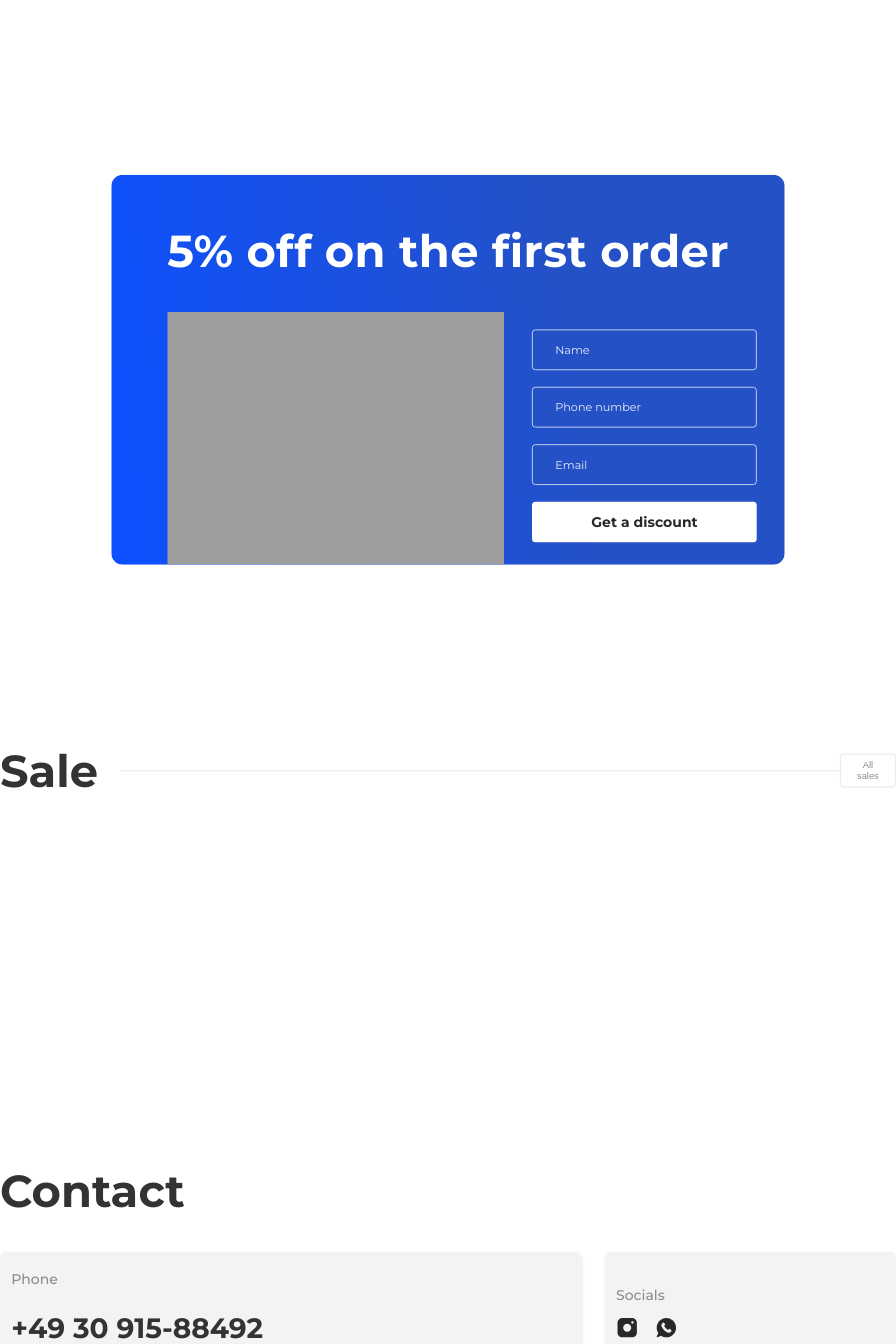
Repository: jursylian/PET-INTERNET-SHOP-PROJECT
Page: /
These files come from the project's save history. The page is drawn as it stood at one moment and after the next save; the edit follows.
The browser window is 1280 px wide. The pictures show the part of the page from y = 1284 to 3204 px (the page is 3881 px tall before and 3940 px after), at 70% of full size.
Pictures or frames that could not be fetched are drawn as grey boxes. The page's requests for data from a server got no answer. The project was rebuilt for these pictures with package versions that can differ from the ones it lists, and the page was loaded fresh each time. No one was signed in, and anything a server would have sent is missing. Also part of the build but not shown: vite.config.js, src/pages/CategoriesAll/CategoriesAll.module.css, src/layouts/PageSection/PageSection.module.css, src/layouts/PageSection/PageSection.jsx, src/pages/CategoriesAll/CategoriesAll.jsx, src/redux/productsSelectors.js, src/components/ProductFilter/ProductFilter.module.css, src/components/ProductFilter/ProductFilter.jsx and 22 more.

Above is the page before, as saved 2025-11-06 18:25:54.

### index.html
<!DOCTYPE html>
<html lang="en">
  <head>
    <meta charset="UTF-8" />
    <link rel="icon" type="image/svg+xml" href="/vite.svg" />
    <link
      href="https://fonts.googleapis.com/css2?family=Montserrat:wght@400;500;700&display=swap"
      rel="stylesheet"
    />

    <meta name="viewport" content="width=device-width, initial-scale=1.0" />
    <title>pet-internet-shop-project</title>
  </head>
  <body>
    <div id="root"></div>
    <script type="module" src="/src/main.jsx"></script>
  </body>
</html>

### src/main.jsx
import React from "react";
import ReactDOM from "react-dom/client";
import App from "./App";
import { Provider } from "react-redux";
import store from "./redux/store";
import { BrowserRouter } from "react-router-dom";
import "./index.css";

ReactDOM.createRoot(document.getElementById("root")).render(
  <BrowserRouter>
    <Provider store={store}>
      <App />
    </Provider>
  </BrowserRouter>
);

### src/App.jsx
import "./App.css";
import AppRouter from "./router/AppRouter";

function App() {
  return (
    <>
      <AppRouter />
    </>
  );
}

export default App;

### src/index.css
* {
  margin: 0;
  padding: 0;
  box-sizing: border-box;
}

body {
  font-family: "Montserrat";
  font-size: 16px;
  line-height: 1.5;
  color: #333;
}

.text-decoration-none {
  text-decoration: none;
}

### src/router/AppRouter.jsx
import { Routes, Route } from "react-router-dom";
import MainLayout from "../layouts/MainLayout/MainLayout";

import Home from "../pages/Home/Home";
import CategoriesAll from "../pages/CategoriesAll/CategoriesAll";
import AllProducts from "../pages/AllProducts/AllProducts";
import ProductDescription from "../pages/ProductDescription/ProductDescription";
import Cart from "../pages/Cart/Cart";
import NotFound from "../pages/NotFound/NotFound";
import AllSales from "../pages/AllSales/AllSales";
import CategoryPage from "../pages/CategoryPage/CategoryPage";

function AppRouter() {
  return (
    <Routes>
      <Route element={<MainLayout />}>
        <Route path="/" element={<Home />} />
        <Route path="/categories" element={<CategoriesAll />} />
        <Route path="/categories/:categoryId" element={<CategoryPage />} />
        <Route path="/discounts" element={<AllSales />} />
        <Route path="/products" element={<AllProducts />} />
        <Route path="/product/:productId" element={<ProductDescription />} />
        <Route path="/cart" element={<Cart />} />
        <Route path="*" element={<NotFound />} />
      </Route>
    </Routes>
  );
}

export default AppRouter;

### src/layouts/MainLayout/MainLayout.jsx
import { Outlet } from "react-router-dom";
import Header from "../Header/Header";
import Footer from "../Footer/Footer";

export default function MainLayout() {
  return (
    <>
      <Header />
      <main className="container mx-auto p-4 min-h-[80vh]">
        <Outlet />
      </main>
      <Footer />
    </>
  );
}

### src/pages/Home/Home.jsx
import Categories from "../../components/Categories/Categories";
import PromoBanner from "../../components/PromoBanner/PromoBanner";
import DiscountForm from "../../components/DiscountForm/DiscountForm";
import Sales from "../../components/Sales/Sales";
import styles from "./Home.module.css";

function Home() {
  return (
    <main className={styles.wrapper}>
      <PromoBanner />
      <Categories />
      <DiscountForm />
      <Sales />
    </main>
  );
}

export default Home;

### src/layouts/Header/Header.jsx
import { Link, NavLink, useLocation } from "react-router-dom";
import { useSelector } from "react-redux";
import styles from "./Header.module.css";
import logo from "../../assets/logo.svg";
import cartIcon from "../../assets/cart-icon.svg";

function Header() {
  const items = useSelector((state) => state.cart.items);
  const totalQuantity = items.reduce((sum, item) => sum + item.quantity, 0);
  const location = useLocation();

  const currentPath = location.pathname;

  return (
    <header
      className={`${styles.header} ${
        currentPath !== "/" ? styles.withDivider : ""
      }`}
    >
      <div className={styles.left}>
        <Link to="/" className={styles.logo}>
          <img src={logo} alt="Логотип" />
        </Link>
      </div>

      <nav className={styles.nav}>
        {currentPath === "/" ? (
          <span className={styles.inactive}>Main Page</span>
        ) : (
          <NavLink to="/" end>
            Main Page
          </NavLink>
        )}

        {currentPath === "/categories" ? (
          <span className={styles.inactive}>Categories</span>
        ) : (
          <NavLink to="/categories">Categories</NavLink>
        )}

        {currentPath === "/products" ? (
          <span className={styles.inactive}>All Products</span>
        ) : (
          <NavLink to="/products">All Products</NavLink>
        )}

        {currentPath === "/discounts" ? (
          <span className={styles.inactive}>All Sales</span>
        ) : (
          <NavLink to="/discounts">All Sales</NavLink>
        )}
      </nav>

      <div className={styles.right}>
        <Link to="/cart" className={styles.cart}>
          <img src={cartIcon} alt="Корзина" />
          {totalQuantity > 0 && (
            <span className={styles.count}>{totalQuantity}</span>
          )}
        </Link>
      </div>
    </header>
  );
}

export default Header;

### src/layouts/Footer/Footer.jsx
import styles from "./Footer.module.css";
import chatIcon from "../../assets/ic-instagram.svg";
import phoneIcon from "../../assets/ic-whatsapp.svg";

export default function Footer() {
  return (
    <footer className={styles.footer}>
      <h3 className={styles.contact}>Contact</h3>
      <div className={styles.info}>
        <div className={styles.container}>
          <div className={styles.card}>
            <p className={styles.text}>Phone</p>
            <p className={styles.textInfo}>+49 30 915-88492</p>
          </div>
          <div className={styles.icons}>
            <p className={styles.text}>Socials</p>
            <div className={styles.socialsMedien}>
              <img src={chatIcon} alt="Chat" />
              <img src={phoneIcon} alt="Phone" />
            </div>
          </div>
        </div>

        <div className={styles.container}>
          <div className={styles.card}>
            <p className={styles.text}>Address</p>
            <p className={styles.textInfo}>
              Wallstraẞe 9-13, 10179 Berlin, Deutschland
            </p>
          </div>
          <div className={styles.icons}>
            <p className={styles.text}>Working Hours</p>
            <p className={styles.textInfo}>24 hours a day</p>
          </div>
        </div>
      </div>
      <div className={styles.map}>
        <iframe
          className={styles.iframe}
          src="https://www.google.com/maps/embed?pb=!1m18!1m12!1m3!1d3642.428115488763!2d13.40018838277564!3d52.5113162995337!2m3!1f0!2f0!3f0!3m2!1i1024!2i768!4f13.1!3m3!1m2!1s0x47a84e27db4748a5%3A0x1d538c01013c2c7!2sWallstra%C3%9Fe%209-13%2C%2010179%20Berlin!5e0!3m2!1suk!2sde!4v1760550313224!5m2!1suk!2sde"
          width="600"
          height="450"
          style={{ border: 0 }}
          allowFullScreen=""
          loading="lazy"
          referrerPolicy="no-referrer-when-downgrade"
        ></iframe>
      </div>
    </footer>
  );
}

### src/components/Categories/Categories.jsx
import { useNavigate } from "react-router-dom";
import { useEffect, useState } from "react";
import axios from "axios";
import styles from "./Categories.module.css";

const Categories = () => {
  const navigate = useNavigate();
  const [categories, setCategories] = useState([]);

  useEffect(() => {
    const fetchCategories = async () => {
      try {
        const res = await axios.get("http://localhost:3333/categories/all");
        setCategories(res.data.slice(0, 4));
      } catch (err) {
        console.error("Ошибка загрузки категорий:", err);
      }
    };

    fetchCategories();
  }, []);

  return (
    <section className={styles.categories}>
      <div className={styles.header}>
        <h2 className={styles.title}>Categories</h2>
        <div className={styles.line}></div>
        <button
          onClick={() => navigate("/categories")}
          className={styles.showAllBtn}
        >
          All categories
        </button>
      </div>

      <div className={styles.cards}>
        {categories.map(({ id, title, image }) => (
          <div
            key={id}
            className={styles.card}
            onClick={() => navigate(`/categories/${id}`)}
          >
            <img
              src={`http://localhost:3333${image}`}
              alt={title}
              className={styles.image}
            />
            <p className={styles.label}>{title}</p>
          </div>
        ))}
      </div>
    </section>
  );
};

export default Categories;

### src/components/PromoBanner/PromoBanner.jsx
import { Link } from "react-router-dom";
import styles from "./PromoBanner.module.css";
import bannerImage from "../../assets/background.png";

function PromoBanner() {
  return (
    <section className={styles.hero}>
      <img src={bannerImage} alt="Баннер" className={styles.image} />

      <div className={styles.content}>
        <h1>
          Amazing Discounts <br />
          on Pets Products!
        </h1>

        <Link to="/discounts" className={styles.button}>
          Check out
        </Link>
      </div>
    </section>
  );
}

export default PromoBanner;

### src/pages/Home/Home.module.css
/* Home.module.css */
.wrapper {
  display: flex;
  flex-direction: column;
  gap: 80px;
  padding: 40px 0;
}

.section {
  display: flex;
  flex-direction: column;
  gap: 24px;
}

.title {
  font-size: 28px;
  font-weight: 600;
}

.grid {
  display: grid;
  grid-template-columns: repeat(auto-fill, minmax(220px, 1fr));
  gap: 24px;
}

.message {
  font-size: 16px;
  color: #555;
}

### src/layouts/Header/Header.module.css
.header {
  display: flex;
  align-items: center;
  justify-content: space-between;
  padding: 40px 80px;
  height: 128px;
  width: 100%;
  position: relative;
  background-color: #fff;
  z-index: 10;
}

.withDivider {
  border-bottom: 1px solid #e5e5e5;
}

.left,
.right {
  flex: 1;
  display: flex;
  align-items: center;
}

.left {
  justify-content: flex-start;
}

.right {
  justify-content: flex-end;
}

.logo img {
  height: 70px;
  display: block;
  transition: transform 0.3s ease;
}

.logo img:hover {
  transform: scale(1.2);
}

.nav {
  flex: 2;
  display: flex;
  justify-content: center;
  align-items: center;
  gap: 44px;
}

.nav a {
  text-decoration: none;
  color: #282828;
  font-weight: 500;
  font-size: 20px;
  transition: color 0.2s ease;
}

.nav a:hover {
  color: #007bff;
}

.active {
  color: #007bff;
  font-weight: 600;
}

.inactive {
  color: #8b8b8b;
  font-weight: 500;
  font-size: 20px;
  cursor: default;
  text-decoration: none;
  pointer-events: none;
}

.inactive:hover {
  color: #8b8b8b;
}

.cart {
  position: relative;
  display: flex;
  align-items: center;
}

.cart img {
  height: 44px;
}

.count {
  position: absolute;
  top: 0;
  left: -6px;
  background-color: #007bff;
  color: white;
  border-radius: 50%;
  font-size: 12px;
  font-weight: bold;
  width: 22px;
  height: 22px;
  display: flex;
  align-items: center;
  justify-content: center;
}

### src/layouts/Footer/Footer.module.css
.footer {
  width: 100%;
  max-width: 1360px;
  margin: 0 auto;
  padding-bottom: 10px;
}

.contact {
  font-size: 64px;
  margin-bottom: 40px;
}
.card {
  height: auto;
  background-color: #f1f3f4;
  display: flex;
}

.card p,
.icons p {
  margin: 0.5rem 0;
}
.icons {
  width: 100%;
  max-width: 100%;

  height: auto;
  background-color: #f1f3f4;
}
.card,
.icons {
  background-color: #f1f3f4;
  padding: 1rem;
  border-radius: 8px;
  box-shadow: 0 2px 6px rgba(0, 0, 0, 0.05);
  display: flex;
  flex-direction: column;
  justify-content: center;
  gap: 0.5rem;
  transition: transform 0.3s ease, box-shadow 0.3s ease;

  flex: 1;
  min-height: 150px;
  height: 100%;
}
.card:hover,
.icons:hover {
  transform: translateY(-8px) scale(1.02);
  box-shadow: 0 8px 20px rgba(0, 0, 0, 0.1);
}

.container {
  display: grid;
  grid-template-columns: 2fr 1fr;
  gap: 32px;
  margin-bottom: 32px;
}
.icons img {
  width: 32px;
  height: 32px;
  object-fit: contain;
  transition: transform 0.3s ease;
  margin-right: 8px;
}
.text {
  font-family: Montserrat;
  font-weight: 500;
  font-style: Medium;
  font-size: 20px;
  color: #8b8b8b;
}
.textInfo {
  font-family: Montserrat;
  font-weight: 600;
  font-style: SemiBold;
  font-size: 40px;

  letter-spacing: 0%;
}
.socialsMedien {
  display: flex;
  flex-direction: row;
  gap: 16px;
}
.iframe {
  width: 100%;
  max-width: 100%;
  height: 350px;
  border-radius: 8px;
  display: block;
}
@media (max-width: 1024px) {
  .container {
    display: flex;
    flex-direction: column;
    gap: 32px;
  }
  .contact {
    font-size: 44px;
    text-align: center;
  }
  .card,
  .icons {
    width: 100%;
    min-height: 300px;
    height: auto;
  }

  .footer {
    margin-left: 1rem;
    margin-right: 1rem;
  }
  .iframe {
    height: 300px;
  }
}

@media (max-width: 600px) {
  .container {
    display: flex;
    flex-direction: column;
    gap: 32px;
  }
  .contact {
    font-size: 34px;
    margin-bottom: 10px;
    text-align: center;
  }

  .textInfo {
    font-size: 24px;
    text-align: calc();
  }

  .text {
    font-size: 16px;
    text-align: center;
  }
  .socialsMadien {
    justify-content: center;
    flex-wrap: wrap;
  }
  .icons img {
    width: 28px;
    height: 28px;
  }
  .iframe {
    height: 250px;
  }
  .card,
  .icons {
    flex-direction: column;
    align-items: center;
    width: 100%;
  }
}

### src/components/Categories/Categories.module.css
.categories {
  height: auto;
  min-height: 560px;
  border-radius: 10px;
  width: 100%;
  max-width: 1360px;
  margin: 0 auto;
  padding-bottom: 10px;
  margin-top: 106px;
}

.header {
  display: flex;
  align-items: center;
  margin-bottom: 40px;
  gap: 0; /* чтобы элементы были вплотную */
}

.title {
  font-family: Montserrat;
  font-weight: 700;
  font-size: 64px;
  margin-right: 32px;
  white-space: nowrap;
}

.line {
  flex: 1;
  height: 1px;
  background-color: #dddddd;
  margin-right: -1px; /* чтобы линия прямо “врезалась” в кнопку */
}

.showAllBtn {
  border: 1px solid #dddddd;
  border-radius: 5px;
  background-color: white;
  padding: 8px 16px;
  color: #8b8b8b;
  cursor: pointer;
  transition: all 0.3s ease;
  margin-left: 0; /* убираем отступ между линией и кнопкой */
}

.showAllBtn:hover {
  background-color: #7e7b7b;
  color: white;
  transform: translateY(-2px);
  box-shadow: 0 4px 8px rgba(0, 0, 0, 0.1);
}

.showAllBtn:active {
  background-color: #0d50ff;
  transform: scale(0.98);
  box-shadow: inset 0 2px 4px rgba(0, 0, 0, 0.2);
}

.cards {
  display: flex;
  flex-wrap: wrap;
  gap: 32px;
  justify-content: center;
}

.card {
  position: relative;
  text-align: center;
  cursor: pointer;
}

.image {
  width: 316px;
  height: 350px;
  object-fit: cover;
  border-radius: 12px;
  transition: transform 0.3s ease, box-shadow 0.3s ease;
}

.image:hover {
  transform: translateY(-6px) scale(1.1);
  box-shadow: 0 8px 16px rgba(0, 0, 0, 0.1);
}

.label {
  font-weight: 500;
  font-size: 20px;
  color: #282828;
  margin-top: 16px;
  line-height: 130%;
}

@media (max-width: 768px) {
  .header {
    flex-direction: column;
    align-items: center;
    gap: 16px;
  }

  .title {
    font-size: 36px;
    margin-right: 0;
  }

  .line {
    width: 100%;
    margin-right: 0;
  }

  .showAllBtn {
    font-size: 14px;
    padding: 6px 10px;
  }

  .cards {
    flex-direction: column;
    align-items: center;
    gap: 20px;
  }
}

### src/components/PromoBanner/PromoBanner.module.css
.hero {
  position: relative;
  width: 100%;
  height: 520px;
  overflow: hidden;
  margin-top: -40px;
}

.image {
  position: absolute;
  top: 0;
  left: 0;
  width: 100%;
  height: 100%;
  object-fit: cover;
  z-index: 1;
}

.content {
  position: relative;
  z-index: 2;
  color: #fff;
  text-align: left;
  padding-left: 80px;
  transform: translateY(50px);
}

.content h1 {
  font-size: 96px;
  font-weight: 700;
  margin-bottom: 40px;
  line-height: 1.1;
}

.button {
  display: inline-block;
  background: #0d50ff;
  color: #fff;
  font-weight: 600;
  font-size: 20px;
  border: none;
  border-radius: 8px;
  cursor: pointer;
  transition: background-color 0.2s ease, transform 0.2s ease;
  padding: 16px 36px;
  text-decoration: none;
  box-sizing: border-box;
}

.button:hover {
  background-color: #0036cc;
  transform: translateY(-3px);
  box-shadow: 0px 12px 20px rgba(13, 80, 255, 0.4);
}

### src/ui/Input/Input.jsx
import styles from "./Input.module.css";

const Input = ({
  type = "text",
  name,
  placeholder,
  value,
  onChange,
  error,
}) => {
  return (
    <div className={styles.field}>
      <input
        type={type}
        name={name}
        placeholder={placeholder}
        value={value}
        onChange={onChange}
        className={`${styles.input} ${error ? styles.errorBorder : ""}`}
      />
      {error && <p className={styles.error}>{error}</p>}
    </div>
  );
};

export default Input;

### src/ui/Button/Button.jsx
import { useState } from "react";
import styles from "./Button.module.css";

const Button = ({ children, onClick, type = "button", disabled = false }) => {
  const [submitted, setSubmitted] = useState(false);

  const handleClick = async (e) => {
    if (onClick) {
      const result = await onClick(e);

      if (result === true) {
        setSubmitted(true);
        setTimeout(() => setSubmitted(false), 3000);
      }
    }
  };

  return (
    <button
      type={type}
      onClick={handleClick}
      className={`${styles.button} ${submitted ? styles.submitted : ""}`}
      disabled={disabled || submitted}
    >
      {submitted ? "Request submitted" : children}
    </button>
  );
};

export default Button;

### src/components/DiscountForm/DiscountForm.module.css
.wrapper {
  max-width: 1395px;
  margin: 60px auto;
  border-radius: 16px;
  overflow: hidden;
}

.discountSection {
  position: relative;
  background: linear-gradient(261.47deg, #2451c6 32.63%, #0d50ff 98.96%);
  border-radius: 16px;
  padding: 60px 80px 0;
  display: flex;
  flex-direction: column;
  justify-content: space-between;
  min-height: 485px;
  overflow: hidden;
}

.title {
  color: #ffffff;
  font-weight: 800;
  font-size: 64px;
  text-align: center;
  margin-bottom: 40px;
  letter-spacing: 0.5px;
}

.content {
  display: flex;
  justify-content: space-between;
  align-items: flex-end;
  position: relative;
  gap: 40px;
}

.imageWrap {
  flex: 0 0 60%;
  display: flex;
  align-items: flex-end;
  justify-content: flex-start;
}

.animals {
  width: 100%;
  height: auto;
  object-fit: contain;
  margin-bottom: 0;
}

.form {
  flex: 0 0 40%;
  display: flex;
  flex-direction: column;
  gap: 24px;
  align-items: stretch;
  justify-content: flex-end;
  padding-bottom: 32px;
}

@media (max-width: 1024px) {
  .discountSection {
    padding: 40px 24px;
  }

  .title {
    font-size: 42px;
    margin-bottom: 24px;
  }

  .content {
    flex-direction: column;
    align-items: center;
    gap: 32px;
  }

  .form {
    width: 100%;
    max-width: 380px;
    padding-bottom: 20px;
  }

  .imageWrap {
    justify-content: center;
  }

  .animals {
    width: 90%;
    transform: translateY(10px);
  }
}

@media (max-width: 600px) {
  .title {
    font-size: 32px;
  }

  .form {
    gap: 16px;
  }
}

### src/ui/Input/Input.module.css
.field {
  width: 100%;
  display: flex;
  flex-direction: column;
}

.input {
  padding: 16px 32px;
  width: 100%;
  height: 58px;
  border-radius: 5px;
  border: 1px solid #ffffff;
  background-color: #2451c6;
  color: #ffffff;
  font-size: 18px;
  font-family: Montserrat;
}

.input::placeholder {
  color: white;
  opacity: 0.9;
  font-size: 16px;
}

.error {
  font-size: 14px;
  color: #ffcccc;
  margin-top: 4px;
}

.errorBorder {
  border-color: #ff5555;
}

### src/ui/Button/Button.module.css
.button {
  padding: 16px 32px;
  width: 100%;
  height: 58px;
  font-family: Montserrat, sans-serif;
  font-weight: 600;
  font-size: 20px;
  border: none;
  border-radius: 5px;
  cursor: pointer;
  background-color: #fff;
  color: #282828;
  transition: all 0.3s ease;
}

/* при наведении */
.button:hover {
  background-color: #282828;
  color: #fff;
}

/* активное состояние (после отправки) */
.button.submitted {
  background-color: #fff;
  color: #0d50ff;
  border: 2px solid #0d50ff;
  cursor: default;
  transition: all 0.3s ease;
}

/* убираем hover для состояния submitted */
.button.submitted:hover {
  background-color: #fff;
  color: #0d50ff;
}

Loaded but not shown: src/redux/productSlice.js (51 lines, source omitted); src/redux/cartSlice.js (38 lines, source omitted); src/redux/store.js (12 lines, source omitted); src/components/DiscountForm/DiscountForm.jsx (91 lines, source omitted); src/components/Sales/Sales.jsx (89 lines, source omitted); src/components/Sales/Sales.module.css (156 lines, source omitted); src/App.css (no stored copy; drawn as an empty file)

After the next save:
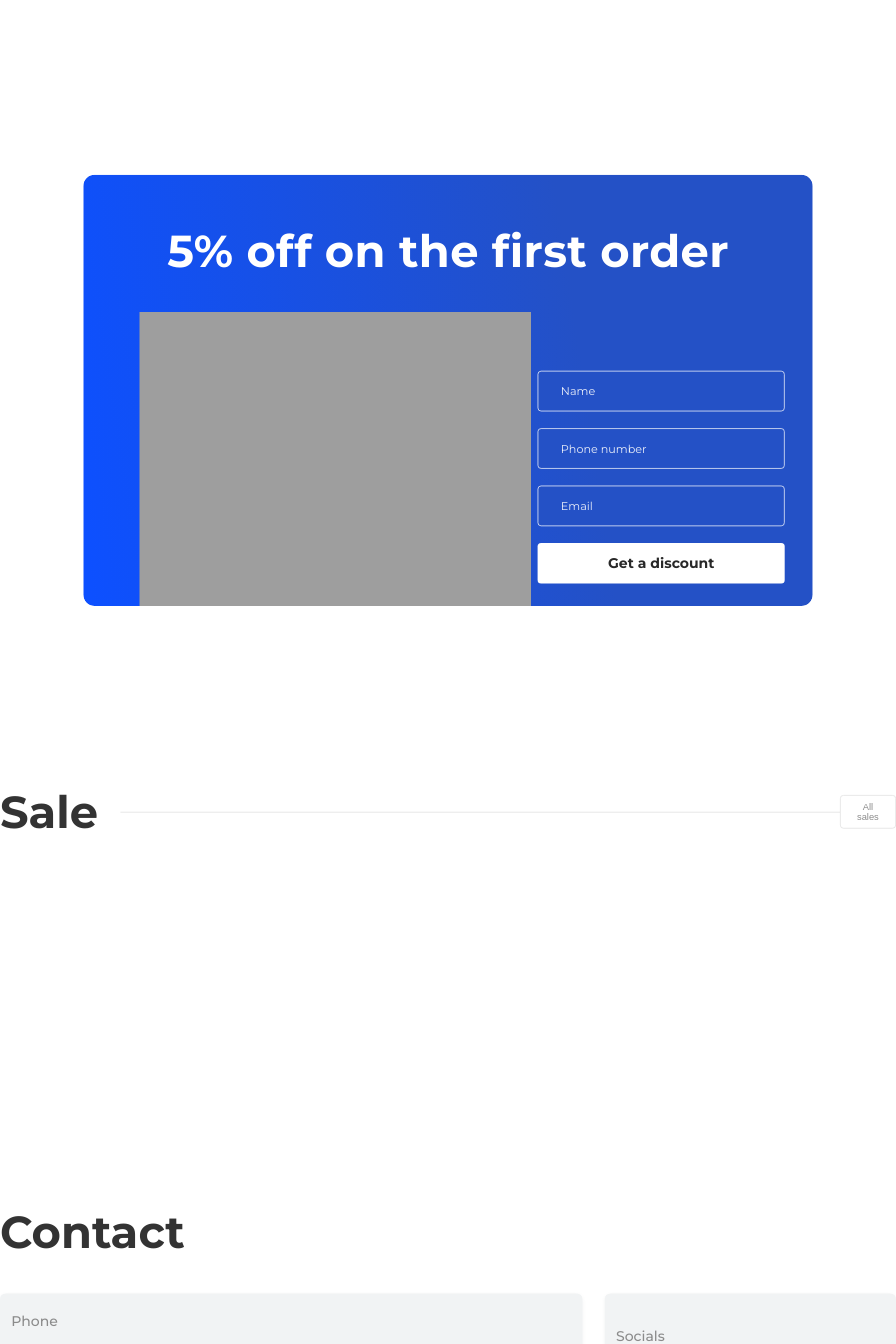
Saved 2 min 23 s later.
--- a/src/components/DiscountForm/DiscountForm.module.css
+++ b/src/components/DiscountForm/DiscountForm.module.css
@@ -42,8 +42,9 @@
 }
 
 .animals {
-  width: 100%;
-  height: auto;
+  width: 110%;
+  max-width: none;
+  height: 420px;
   object-fit: contain;
   margin-bottom: 0;
 }
